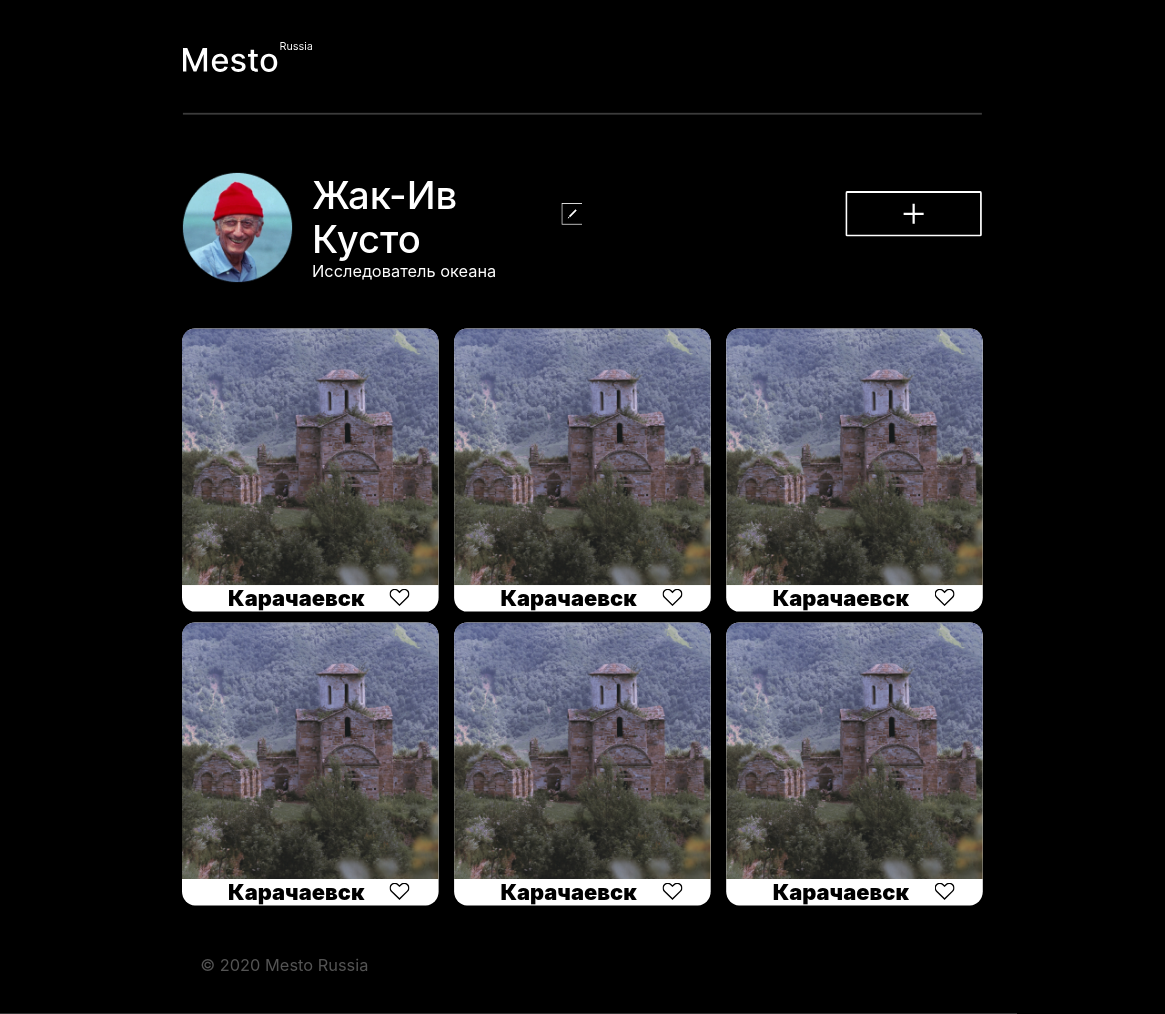
Repository: Ivan2399/mesto-project
Page: index.html
These files come from the project's save history. The page is drawn as it stood at one moment and after the next save; the edit follows.
The browser window is 1280 px wide. The pictures show the whole page, at 91% of full size.

Above is the page before, as saved 2021-11-16 18:57:50.

### index.html
<!DOCTYPE html>
<html lang="ru">

<head>
    <meta charset="UTF-8">
    <meta http-equiv="X-UA-Compatible" content="IE=edge">
    <meta name="viewport" content="width=device-width, initial-scale=1.0">
    <link rel="stylesheet" href="./pages/index.css" />
    <title>Mesto</title>
</head>

<body class="root">
    <div class="page">
        <header class="header">
            <div class="header__container">
                <img class="header__logo" src="images/logo/Vector.svg" alt="Логотип">
                <div class="header__line"></div>
            </div>
        </header>
        <main class="content">
            <section class="profile profile_mobile">
                <div class="profile__container profile__container_mobile ">
                    <img class="profile__avatar" src="images/avatar/Avatar.png" alt="Аватарка">
                    <h2 class="profile__nickname profile__nickname_mobile">Жак-Ив Кусто
                        <p class="profile__hobbyname">Исследователь океана</p>
                    </h2>
                    <button class="profile__buttons_type_editig"></button>
                </div>
                <div class="profile__buttons">
                    <button class="profile__buttons_type_add"></button>
                </div>
            </section>
            <section class="table">
                <div class="table__container table__container_mobile">
                    <div class="table__card">
                        <img class="table__image" src="images/table/Karachaevsk.png" alt="Крепость">
                        <h2 class="table__title">Карачаевск <img class="table__button table__button_active"
                                src="images/buttons/Vector.svg" alt="Лайк"></h2>
                    </div>
                    <div class="table__card">
                        <img class="table__image" src="images/table/Karachaevsk.png" alt="Крепость">
                        <h2 class="table__title">Карачаевск <img class="table__button table__button_active"
                                src="images/buttons/Vector.svg" alt="Лайк"></h2>
                    </div>
                    <div class="table__card">
                        <img class="table__image" src="images/table/Karachaevsk.png" alt="Крепость">
                        <h2 class="table__title">Карачаевск <img class="table__button table__button_active"
                                src="images/buttons/Vector.svg" alt="Лайк"></h2>
                    </div>
                    <div class="table__card">
                        <img class="table__image" src="images/table/Karachaevsk.png" alt="Крепость">
                        <h2 class="table__title">Карачаевск <img class="table__button table__button_active"
                                src="images/buttons/Vector.svg" alt="Лайк"></h2>
                    </div>
                    <div class="table__card">
                        <img class="table__image" src="images/table/Karachaevsk.png" alt="Крепость">
                        <h2 class="table__title">Карачаевск <img class="table__button table__button_active"
                                src="images/buttons/Vector.svg" alt="Лайк"></h2>
                    </div>
                    <div class="table__card">
                        <img class="table__image" src="images/table/Karachaevsk.png" alt="Крепость">
                        <h2 class="table__title">Карачаевск <img class="table__button table__button_active"
                                src="images/buttons/Vector.svg" alt="Лайк"></h2>
                    </div>
                </div>
            </section>
            <section class="footer">
                <h2 class="footer__logo">© 2020 Mesto Russia</h2>
            </section>
        </main>
    </div>
</body>

</html>

### pages/index.css
@import url(../blocks/root/root.css);
@import url(../blocks/page/page.css);
@import url(../blocks/content/content.css);

/* header */

@import url(../blocks/header/header.css);
@import url(../blocks/header/__container/header__container.css);
@import url(../blocks/header/__logo/header__logo.css);
@import url(../blocks/header/__line/header__line.css);

/* profile */

@import url(../blocks/profile/profile.css);
@import url(../blocks/profile/__avatar/profile__avatar.css);
@import url(../blocks/profile/__container/profile__container.css);
@import url(../blocks/profile/__buttons/profile__buttons.css);
@import url(../blocks/profile/__buttons/_type/profile__buttons_type_add.css);
@import url(../blocks/profile/__buttons/_type/profile__buttons_type_editig.css);
@import url(../blocks/profile/__hobbyname/profile__hobbyname.css);
@import url(../blocks/profile/__nickname/profile__nickname.css);
@import url(../blocks/profile/__container/_mobile/profile__container_mobile.css);
@import url(../blocks/profile/__nickname/_mobile/profile__nickname_mobile.css);
@import url(../blocks/profile/_mobile/profile_mobile.css);

/* table */

@import url(../blocks/table/table.css);
@import url(../blocks/table/__button/table__button.css);
@import url(../blocks/table/__card/table__card.css);
@import url(../blocks/table/__container/table__container.css);
@import url(../blocks/table/__image/table__image.css);
@import url(../blocks/table/__title/table__title.css);
@import url(../blocks/table/__container/_mobile/table__container_mobile.css);
@import url(../blocks/table/__button/_active/table__button_active.css);

/* footer */

@import url(../blocks/footer/footer.css);
@import url(../blocks/footer/__logo/footer__logo.css);

### images/buttons/Vector.svg
<svg width="22" height="19" viewBox="0 0 22 19" fill="none" xmlns="http://www.w3.org/2000/svg">
<path d="M20.2991 9.78586C22.567 7.54338 22.567 3.90213 20.2991 1.68186C18.0311 -0.560619 14.3486 -0.560619 12.0806 1.68186L10.9804 2.792L9.88007 1.70406C7.61215 -0.560619 3.92957 -0.560619 1.6841 1.68186C0.583822 2.76979 0 4.21297 0 5.74496C0 7.27695 0.606277 8.72013 1.6841 9.80806L10.9804 19L20.2991 9.78586ZM1.4371 5.74496C1.4371 4.59042 1.8862 3.52469 2.71702 2.72539C3.5703 1.88168 4.67058 1.45983 5.77086 1.45983C6.87114 1.45983 7.97142 1.88168 8.8247 2.72539L10.9804 4.83465L13.136 2.70318C14.8201 1.03798 17.582 1.03798 19.2437 2.70318C20.0521 3.50248 20.5236 4.56821 20.5236 5.72276C20.5236 6.8773 20.0745 7.94303 19.2437 8.74233L10.9804 16.9351L2.71702 8.76453C1.90865 7.94303 1.4371 6.8773 1.4371 5.74496Z" fill="black"/>
</svg>

### blocks/root/root.css
.root{
    margin: 0;
    padding: 0;
    font-family: "Inter";
    color: #FFFFFF;
}
h1,h2,h3,h4,h5,h6,p{
    margin: 0;
    padding: 0;
    font-family: "Inter";
    color: #FFFFFF;
}

### blocks/page/page.css
.page {
  background-color: #000000;
  max-width: 1280px;
  margin: auto;
}

### blocks/header/header.css
.header{
    display: grid;
}

### blocks/header/__container/header__container.css
.header__container {
  margin: 0 15.7% 0 15.7%;
  max-width: 880px;
  width: 68.6%;
}

### blocks/header/__logo/header__logo.css
.header__logo{
    margin: 5.2% 0 4.7% 0;
}
@media screen and (min-width:300px) and (max-width:600px){
    .header__logo{
        width:103.74px;
        height:24.24px;
    }
}

### blocks/header/__line/header__line.css
.header__line{
    border: 1px solid #545454;
    opacity: 0.7;
}

### blocks/profile/profile.css
.profile {
  display: grid;
  margin: 5% 15.7% 0 15.7%;
  max-width: 880px;
  width: 68.6%;

}

### blocks/profile/__avatar/profile__avatar.css
.profile__avatar{

}

### blocks/profile/__container/profile__container.css
.profile__container {
  display: flex;
  align-items: center;
  flex-direction: row;
}

### blocks/profile/__buttons/profile__buttons.css
.profile__buttons{
    display: flex;
    justify-content: flex-end;
    align-items: center;
}

### blocks/profile/__buttons/_type/profile__buttons_type_add.css
.profile__buttons_type_add {
  width: 150px;
  height: 50px;
  background-image: url(../../../../images/buttons/Add\ Button.svg);
  background-color: black;
  border: none;
  background-size: cover;
  background-repeat: no-repeat;

  margin-bottom: 6.7%;
}
.profile__buttons_type_add:hover {
  opacity: 0.6;
  border: 2px solid #ffffff;
  box-sizing: border-box;
  border-radius: 2px;
}

### blocks/profile/__buttons/_type/profile__buttons_type_editig.css
.profile__buttons_type_editig {
  width: 24px;
  height: 24px;
  background-image: url(../../../../images/buttons/Edit\ Button.svg);
  background-color: black;
  border: none;
  background-size: cover;
  background-repeat: no-repeat;
  margin-bottom: 6.7%;
  grid-column: 2;
  grid-row: 1;
}
.profile__buttons_type_editig:hover {
  border: 1px solid #ffffff;
  box-sizing: border-box;
}

### blocks/profile/__hobbyname/profile__hobbyname.css
.profile__hobbyname {
  font-style: normal;
  font-weight: normal;
  font-size: 18px;
  line-height: 22px;
  grid-column: 2;
}

### blocks/profile/__nickname/profile__nickname.css
.profile__nickname {
  font-style: normal;
  font-weight: 500;
  font-size: 42px;
  line-height: 48px;
  margin-left: 5%;
}

### blocks/profile/__container/_mobile/profile__container_mobile.css
.profile__container_mobile {
  display: flex;
  align-items: center;
  flex-direction: row;
}
@media screen and (min-width: 200px) and (max-width: 700px) {
  .profile__container_mobile {
    display: flex;
    flex-wrap: wrap;
    justify-content: center;
    justify-items: center;
  }
}

### blocks/profile/__nickname/_mobile/profile__nickname_mobile.css
@media screen and (min-width: 200px) and (max-width: 700px) {
  .profile__nickname_mobile {
    font-size: 27px;
    line-height: 33px;
    text-align: center;
    margin: 0;
  }
}

### blocks/profile/_mobile/profile_mobile.css
.profile_mobile{
    grid-template-columns: repeat(auto-fit,minmax(200px,1fr));
}

### blocks/table/table.css
.table{
    max-width:880px;
    margin:4% auto 0;
}

### blocks/table/__button/table__button.css
.table__button {
  width: 22px;
  height: 19px;
  /* background-image: url(../../../images/buttons/Vector.svg);
  border: none;
  background-color: white;
  background-size: cover;
  background-repeat: no-repeat; */
  align-self: flex-end;
  margin-left: 10%;
}
.table__button:hover {
  color: #000000;
  opacity: 0.5;
}

### blocks/table/__card/table__card.css
.table__card{
    max-width: 282px;
    background-color: white;

    border-radius: 5%;

    display: flex;
    flex-direction: column;
}

### blocks/table/__container/table__container.css
.table__container{
    display: grid;
    grid-template-columns: repeat(3,1fr);
    gap:2%;
}

### blocks/table/__image/table__image.css
.table__image{
    max-width: 282px;
    max-height: 282px;
    border-radius: 5% 5% 0 0 ;
}

### blocks/table/__title/table__title.css
.table__title {
  max-width: 246px;
  font-style: normal;
  font-weight: 900;
  font-size: 24px;
  line-height: 29px;

  margin-left: 18%;
  color: #000000;
}

### blocks/table/__container/_mobile/table__container_mobile.css
.table__container_mobile{
    grid-template-columns: repeat(auto-fit, minmax(280px, 1fr));
}

### blocks/table/__button/_active/table__button_active.css
.table__button_active:active{
    background-image: url(../../../../images/buttons/Union.png);
    color: black;
}

### blocks/footer/footer.css
.footer{
    max-width: 840px;
    margin: auto;
}

### blocks/footer/__logo/footer__logo.css
.footer__logo {
  font-style: normal;
  font-weight: normal;
  font-size: 18px;
  line-height: 22px;

  color: #545454;
  margin-top: 8%;
  padding-bottom: 5%;
}

Loaded but not shown: blocks/content/content.css (no stored copy; drawn as an empty file)

After the next save:
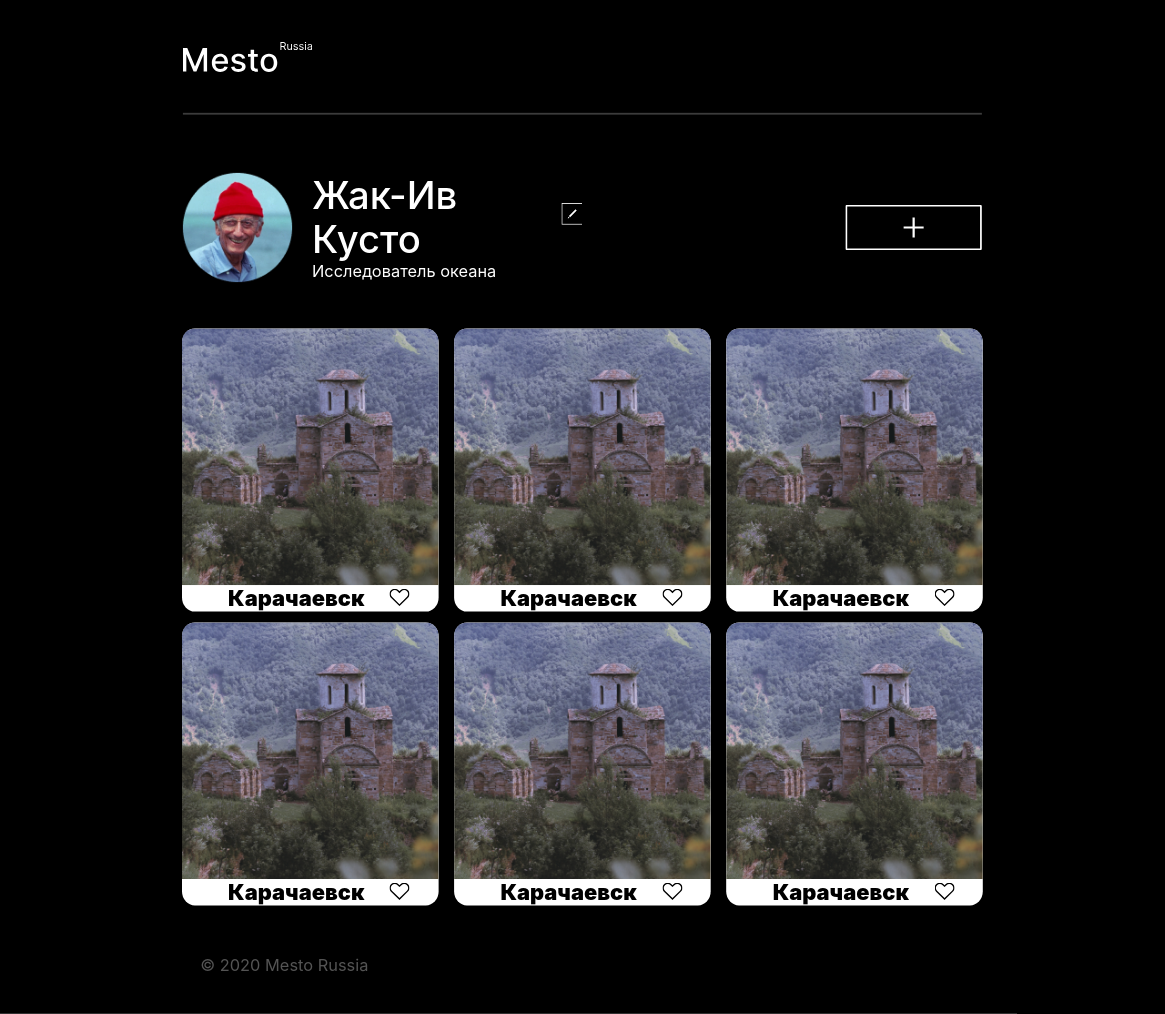
Saved 3 min 41 s later.
--- a/blocks/profile/__buttons/_type/profile__buttons_type_add.css
+++ b/blocks/profile/__buttons/_type/profile__buttons_type_add.css
@@ -7,7 +7,7 @@
   background-size: cover;
   background-repeat: no-repeat;
 
-  margin-bottom: 6.7%;
+
 }
 .profile__buttons_type_add:hover {
   opacity: 0.6;
